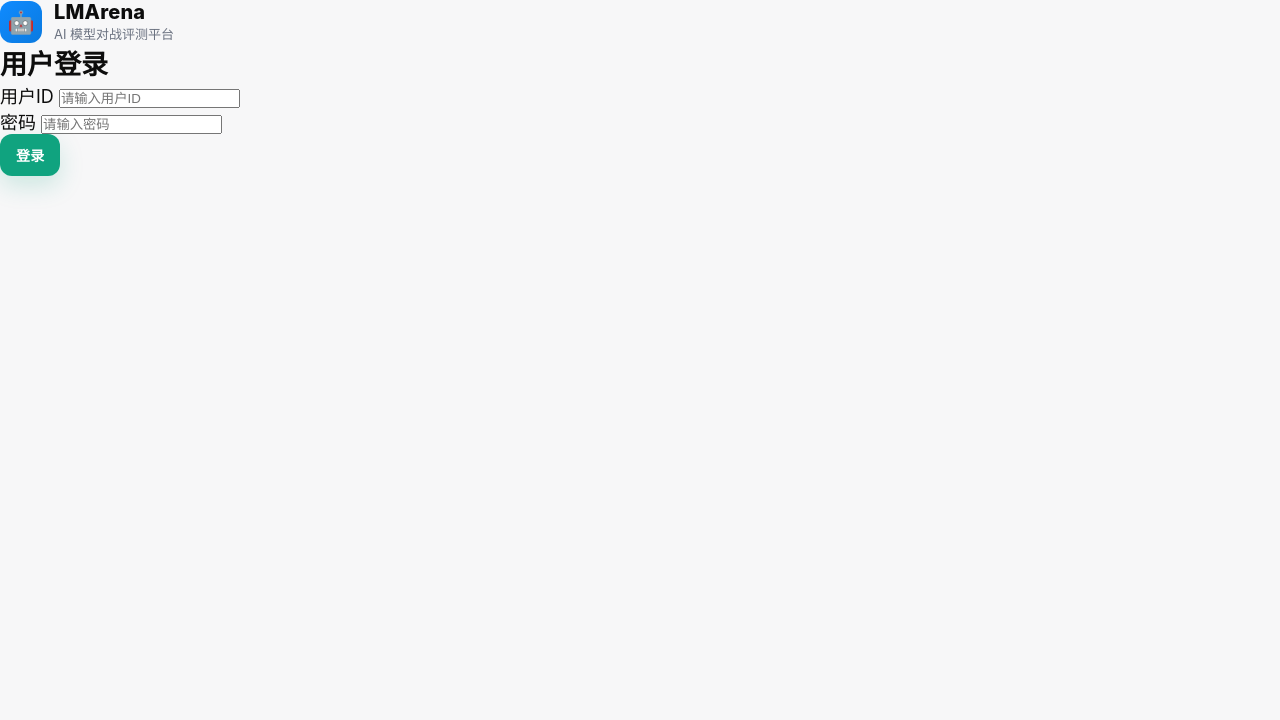
Repository: tabbycat7/EQ-of-The-LLMs
Page: templates/index.html
An editor plug-in stored every save of this project. The page is shown before and after the next save, followed by the edit.
The browser window is 1280 px wide. The pictures show the whole page.
The page's requests for data from a server got no answer.

Above is the page before, as saved 2025-12-18 21:43:53.

### templates/index.html
<!DOCTYPE html>
<html lang="zh-CN">

<head>
    <meta charset="UTF-8">
    <meta name="viewport" content="width=device-width, initial-scale=1.0">
    <title>LMArena - AI 模型对战评测平台</title>
    <link rel="stylesheet" href="/static/css/style.css">
</head>

<body>
    <!-- 登录界面 -->
    <div id="login-modal" class="login-modal" style="display: flex;">
        <div class="login-container">
            <div class="login-header">
                <div class="brand">
                    <div class="brand-icon">🤖</div>
                    <div class="brand-text">
                        <div class="brand-title">LMArena</div>
                        <div class="brand-subtitle">AI 模型对战评测平台</div>
                    </div>
                </div>
            </div>
            <div class="login-form">
                <h2>用户登录</h2>
                <form id="login-form">
                    <div class="form-group">
                        <label for="login-user-id">用户ID</label>
                        <input type="text" id="login-user-id" placeholder="请输入用户ID" required autocomplete="username">
                    </div>
                    <div class="form-group">
                        <label for="login-password">密码</label>
                        <input type="password" id="login-password" placeholder="请输入密码" required
                            autocomplete="current-password">
                    </div>
                    <div id="login-error" class="error-message" style="display: none;"></div>
                    <button type="submit" class="primary-btn" id="login-submit-btn">登录</button>
                </form>
            </div>
        </div>
    </div>

    <div class="app-shell" id="app-shell" style="display: none;">
        <!-- ChatGPT 风格侧边栏 -->
        <aside class="sidebar">
            <div class="sidebar-header">
                <div class="brand">
                    <div class="brand-icon">🤖</div>
                    <div class="brand-text">
                        <div class="brand-title">LMArena</div>
                        <div class="brand-subtitle">匿名对战 · 偏好投票 · 积分榜</div>
                    </div>
                </div>
            </div>

            <nav class="sidebar-nav">
                <button class="mode-btn nav-btn active" data-mode="battle">
                    <span class="nav-icon">⚔️</span>
                    <span class="nav-label">匿名对战</span>
                </button>
                <!-- 仅 admin 可见的"添加用户"按钮 -->
                <button id="admin-toggle-panel-btn" class="nav-btn admin-nav-btn" type="button" style="display: none;">
                    <span class="nav-icon">➕</span>
                    <span class="nav-label">添加用户</span>
                </button>
                <button class="mode-btn nav-btn" data-mode="sidebyside" style="display: none;">
                    <span class="nav-icon">📊</span>
                    <span class="nav-label">并排对比</span>
                </button>
                <button class="mode-btn nav-btn" data-mode="leaderboard" style="display: none;">
                    <span class="nav-icon">🏆</span>
                    <span class="nav-label">排行榜</span>
                </button>
            </nav>

            <div class="sidebar-footer">
                <div class="sidebar-note">提示：仅 Battle 投票计入积分</div>
                <button id="logout-btn" class="logout-btn" title="退出登录">
                    <span class="logout-icon">🚪</span>
                    <span class="logout-label">退出登录</span>
                </button>
                <div class="sidebar-copy">© 2024 LMArena</div>
            </div>
        </aside>

        <!-- 主内容区 -->
        <main class="main">
            <header class="main-header">
                <div class="main-header-title">AI 模型对战评测</div>
                <div class="main-header-subtitle">投票对比与排行榜。</div>
            </header>

            <div class="main-content">
                <!-- 匿名对战模式 -->
                <section id="battle-mode" class="mode-content active">
                    <div class="mode-header">
                        <div class="mode-title">
                            <h2>匿名对战</h2>
                            <p>系统随机两模型匿名回答；你投票决定更优。</p>
                        </div>
                        <div id="battle-start">
                            <button id="start-battle-btn" class="primary-btn">开始对战</button>
                        </div>
                    </div>

                    <!-- 管理员添加用户面板（默认隐藏，仅 admin 且点击按钮后显示） -->
                    <div id="admin-panel" class="admin-panel" style="display: none;">
                        <div class="admin-title">管理员：添加用户</div>
                        <div class="form-group">
                            <label for="admin-new-user-id">新用户ID</label>
                            <input type="text" id="admin-new-user-id" placeholder="请输入新用户ID">
                        </div>
                        <div class="form-group">
                            <label for="admin-new-user-password">新用户密码</label>
                            <input type="password" id="admin-new-user-password" placeholder="请输入新用户密码">
                        </div>
                        <div class="admin-buttons">
                            <button id="admin-add-user-btn" class="secondary-btn" type="button">添加用户</button>
                            <button id="admin-cancel-btn" class="secondary-btn ghost" type="button">取消</button>
                        </div>
                        <div id="admin-add-user-msg" class="admin-hint"></div>
                    </div>

                    <div id="battle-chat" class="chat-view" style="display: none;">
                        <!-- 多轮对话容器：每轮包含「用户问题 + 模型 A / 模型 B 回答」 -->
                        <div id="battle-responses" class="responses-list"></div>

                        <div id="voting-section" class="voting-section" style="display: none;">
                            <h3>选择更好的回答：</h3>
                            <div class="vote-buttons">
                                <button class="vote-btn battle-vote-btn" data-winner="model_a">模型 A 更好</button>
                                <button class="vote-btn battle-vote-btn" data-winner="tie">两个都好</button>
                                <button class="vote-btn battle-vote-btn" data-winner="model_b">模型 B 更好</button>
                                <button class="vote-btn battle-vote-btn" data-winner="both_bad">两个都不好</button>
                            </div>
                        </div>

                        <div id="reveal-section" class="reveal-section" style="display: none;">
                            <div class="reveal-info">
                                <button id="new-battle-btn" class="primary-btn ghost">开始新对战</button>
                                <button id="continue-battle-btn" class="secondary-btn ghost">继续使用当前模型进行对战</button>
                            </div>
                        </div>

                        <div class="composer">
                            <div class="input-section">
                                <textarea id="battle-input" placeholder="输入你的问题..." rows="3"></textarea>
                                <button id="battle-send-btn" class="send-btn" title="发送">
                                    <svg viewBox="0 0 24 24" xmlns="http://www.w3.org/2000/svg" aria-hidden="true">
                                        <path d="M2.01 21L23 12 2.01 3 2 10l15 2-15 2z" />
                                    </svg>
                                    <span>发送</span>
                                </button>
                            </div>
                            <div class="composer-hint">Enter 发送 · Shift+Enter 换行</div>
                        </div>
                    </div>
                </section>

                <!-- 并排对比模式 -->
                <section id="sidebyside-mode" class="mode-content" style="display: none;">
                    <div class="mode-header">
                        <div class="mode-title">
                            <h2>并排对比</h2>
                            <p>选择两个模型并排作答。此模式投票仅收集偏好，不计入排行榜积分。</p>
                        </div>
                    </div>

                    <div class="chat-view">
                        <div class="model-selection">
                            <div class="model-select-group">
                                <label>模型 A</label>
                                <select id="sidebyside-model-a" class="model-select"></select>
                            </div>
                            <div class="model-select-group">
                                <label>模型 B</label>
                                <select id="sidebyside-model-b" class="model-select"></select>
                            </div>
                        </div>

                        <div class="messages">
                            <div id="sidebyside-user-msg" class="message user" style="display: none;"></div>
                        </div>

                        <div class="responses-grid">
                            <div class="response-box">
                                <div class="response-header" id="sidebyside-header-a">模型 A</div>
                                <div id="sidebyside-response-a" class="response-content">
                                    <div class="empty-state">等待回复...</div>
                                </div>
                            </div>
                            <div class="response-box">
                                <div class="response-header" id="sidebyside-header-b">模型 B</div>
                                <div id="sidebyside-response-b" class="response-content">
                                    <div class="empty-state">等待回复...</div>
                                </div>
                            </div>
                        </div>

                        <div id="sidebyside-voting" class="voting-section" style="display: none;">
                            <h3>选择更好的回答：</h3>
                            <div class="vote-buttons">
                                <button class="vote-btn sidebyside-vote-btn" data-winner="model_a">模型 A 更好</button>
                                <button class="vote-btn sidebyside-vote-btn" data-winner="tie">两个都好</button>
                                <button class="vote-btn sidebyside-vote-btn" data-winner="model_b">模型 B 更好</button>
                            </div>
                        </div>

                        <div class="composer">
                            <div class="input-section">
                                <textarea id="sidebyside-input" placeholder="输入你的问题..." rows="3"></textarea>
                                <button id="sidebyside-send-btn" class="send-btn" title="发送">
                                    <svg viewBox="0 0 24 24" xmlns="http://www.w3.org/2000/svg" aria-hidden="true">
                                        <path d="M2.01 21L23 12 2.01 3 2 10l15 2-15 2z" />
                                    </svg>
                                    <span>发送</span>
                                </button>
                            </div>
                            <div class="composer-hint">Enter 发送 · Shift+Enter 换行</div>
                        </div>

                        <div class="new-round" id="sidebyside-new-round" style="display: none;">
                            <button id="sidebyside-new-round-btn" class="secondary-btn ghost">开启新一轮对话</button>
                        </div>
                    </div>
                </section>

                <!-- 排行榜模式 -->
                <section id="leaderboard-mode" class="mode-content" style="display: none;">
                    <div class="mode-header">
                        <div class="mode-title">
                            <h2>排行榜</h2>
                            <p>仅基于匿名对战（Battle）投票累计积分，实时更新。</p>
                        </div>
                        <button id="refresh-leaderboard-btn" class="secondary-btn">刷新</button>
                    </div>
                    <div id="leaderboard-content" class="leaderboard-table">
                        <div class="loading">加载中...</div>
                    </div>
                </section>
            </div>
        </main>
    </div>

    <div id="toast" class="toast" aria-live="polite" aria-atomic="true"></div>

    <script src="/static/js/app.js"></script>
</body>

</html>

Loaded but not shown: static/js/app.js (601 lines, source omitted); static/css/style.css (1392 lines, source omitted)

After the next save:
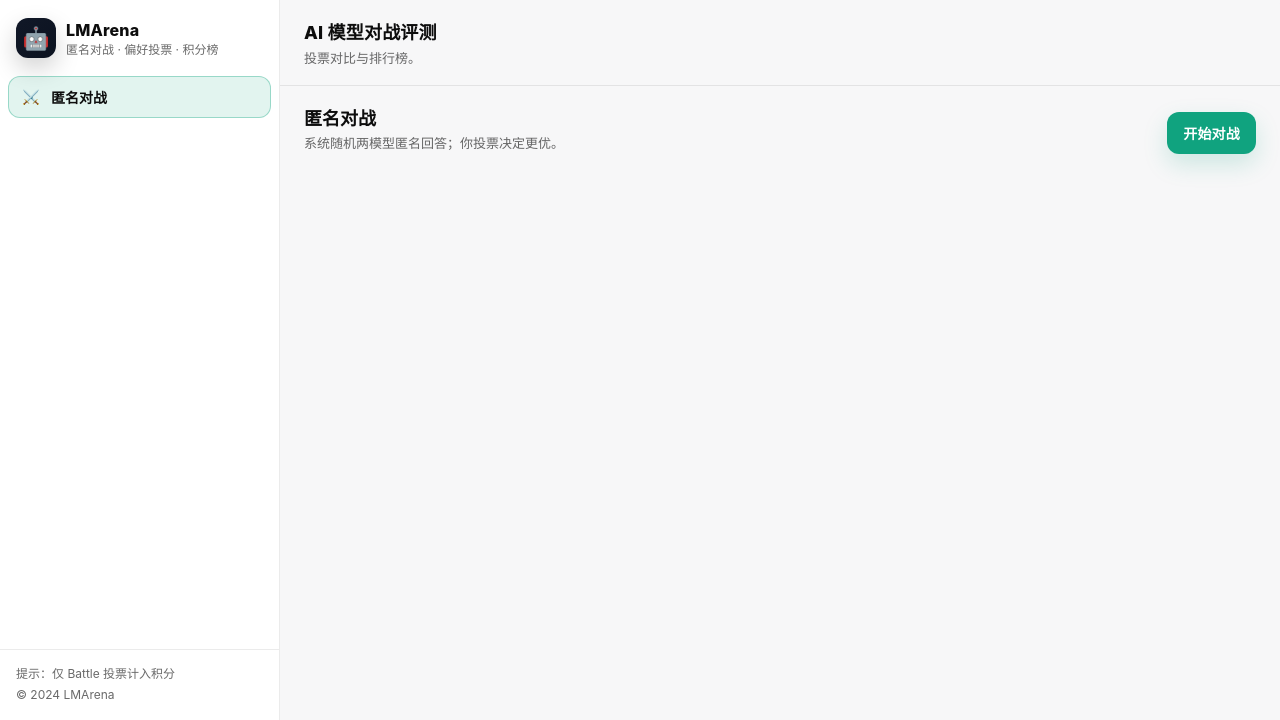
Saved 39 s later.
--- a/templates/index.html
+++ b/templates/index.html
@@ -9,38 +9,7 @@
 </head>
 
 <body>
-    <!-- 登录界面 -->
-    <div id="login-modal" class="login-modal" style="display: flex;">
-        <div class="login-container">
-            <div class="login-header">
-                <div class="brand">
-                    <div class="brand-icon">🤖</div>
-                    <div class="brand-text">
-                        <div class="brand-title">LMArena</div>
-                        <div class="brand-subtitle">AI 模型对战评测平台</div>
-                    </div>
-                </div>
-            </div>
-            <div class="login-form">
-                <h2>用户登录</h2>
-                <form id="login-form">
-                    <div class="form-group">
-                        <label for="login-user-id">用户ID</label>
-                        <input type="text" id="login-user-id" placeholder="请输入用户ID" required autocomplete="username">
-                    </div>
-                    <div class="form-group">
-                        <label for="login-password">密码</label>
-                        <input type="password" id="login-password" placeholder="请输入密码" required
-                            autocomplete="current-password">
-                    </div>
-                    <div id="login-error" class="error-message" style="display: none;"></div>
-                    <button type="submit" class="primary-btn" id="login-submit-btn">登录</button>
-                </form>
-            </div>
-        </div>
-    </div>
-
-    <div class="app-shell" id="app-shell" style="display: none;">
+    <div class="app-shell">
         <!-- ChatGPT 风格侧边栏 -->
         <aside class="sidebar">
             <div class="sidebar-header">
@@ -58,11 +27,6 @@
                     <span class="nav-icon">⚔️</span>
                     <span class="nav-label">匿名对战</span>
                 </button>
-                <!-- 仅 admin 可见的"添加用户"按钮 -->
-                <button id="admin-toggle-panel-btn" class="nav-btn admin-nav-btn" type="button" style="display: none;">
-                    <span class="nav-icon">➕</span>
-                    <span class="nav-label">添加用户</span>
-                </button>
                 <button class="mode-btn nav-btn" data-mode="sidebyside" style="display: none;">
                     <span class="nav-icon">📊</span>
                     <span class="nav-label">并排对比</span>
@@ -75,10 +39,6 @@
 
             <div class="sidebar-footer">
                 <div class="sidebar-note">提示：仅 Battle 投票计入积分</div>
-                <button id="logout-btn" class="logout-btn" title="退出登录">
-                    <span class="logout-icon">🚪</span>
-                    <span class="logout-label">退出登录</span>
-                </button>
                 <div class="sidebar-copy">© 2024 LMArena</div>
             </div>
         </aside>
@@ -103,24 +63,6 @@
                         </div>
                     </div>
 
-                    <!-- 管理员添加用户面板（默认隐藏，仅 admin 且点击按钮后显示） -->
-                    <div id="admin-panel" class="admin-panel" style="display: none;">
-                        <div class="admin-title">管理员：添加用户</div>
-                        <div class="form-group">
-                            <label for="admin-new-user-id">新用户ID</label>
-                            <input type="text" id="admin-new-user-id" placeholder="请输入新用户ID">
-                        </div>
-                        <div class="form-group">
-                            <label for="admin-new-user-password">新用户密码</label>
-                            <input type="password" id="admin-new-user-password" placeholder="请输入新用户密码">
-                        </div>
-                        <div class="admin-buttons">
-                            <button id="admin-add-user-btn" class="secondary-btn" type="button">添加用户</button>
-                            <button id="admin-cancel-btn" class="secondary-btn ghost" type="button">取消</button>
-                        </div>
-                        <div id="admin-add-user-msg" class="admin-hint"></div>
-                    </div>
-
                     <div id="battle-chat" class="chat-view" style="display: none;">
                         <!-- 多轮对话容器：每轮包含「用户问题 + 模型 A / 模型 B 回答」 -->
                         <div id="battle-responses" class="responses-list"></div>
@@ -129,9 +71,8 @@
                             <h3>选择更好的回答：</h3>
                             <div class="vote-buttons">
                                 <button class="vote-btn battle-vote-btn" data-winner="model_a">模型 A 更好</button>
-                                <button class="vote-btn battle-vote-btn" data-winner="tie">两个都好</button>
+                                <button class="vote-btn battle-vote-btn" data-winner="tie">两者相当</button>
                                 <button class="vote-btn battle-vote-btn" data-winner="model_b">模型 B 更好</button>
-                                <button class="vote-btn battle-vote-btn" data-winner="both_bad">两个都不好</button>
                             </div>
                         </div>
 
@@ -201,7 +142,7 @@
                             <h3>选择更好的回答：</h3>
                             <div class="vote-buttons">
                                 <button class="vote-btn sidebyside-vote-btn" data-winner="model_a">模型 A 更好</button>
-                                <button class="vote-btn sidebyside-vote-btn" data-winner="tie">两个都好</button>
+                                <button class="vote-btn sidebyside-vote-btn" data-winner="tie">两者相当</button>
                                 <button class="vote-btn sidebyside-vote-btn" data-winner="model_b">模型 B 更好</button>
                             </div>
                         </div>
